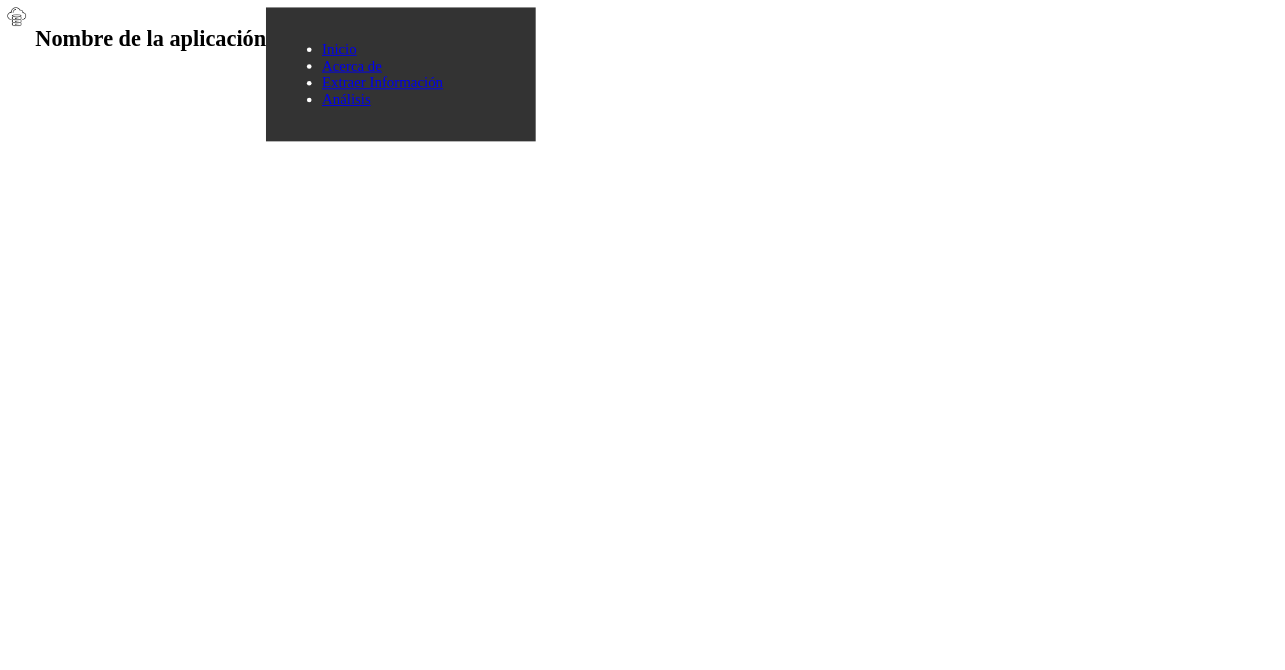
Repository: marcoBartolo55/data_analysis_app_-dev_project
Page: http://localhost/
These files come from the project's save history. The page is drawn as it stood at one moment and after a run of saves; the edit follows.
The browser window is 1280 px wide. The page is 1280 px wide, then 1382 px, then 1280 px, so the pictures cover 1382 px, including what lies to the right of the window. The pictures show the whole page, at 93% of full size.
The page is served by the project's application, run on Flask 3 (app/app.py). Other server files are loaded and not shown.

Above is the page before, as saved 2025-10-19 22:31:21.

### templates/index.html
<!DOCTYPE html>
<html lang="en">

<head>
    <meta charset="UTF-8">
    <meta name="viewport" content="width=device-width, initial-scale=1.0">
    <link rel="stylesheet" href="/static/styles/index.css">
    <title>Inicio</title>
</head>

<body>
    <div class="container">
        <div class="logo-div">
            <img class="logo-img" src="../static/images/logo.png" alt="Logo">
        </div>
        <div class="title-div">
            <h2>Nombre de la aplicación</h2>
        </div>

        <div class="side-bar">
            <nav>
                <ul>
                    <li><a href="index.html">Inicio</a></li>
                    <li><a href="about.html">Acerca de</a></li>
                    <li><a href="data.html">Extraer Información</a></li>
                    <li><a href="chart.html">Análisis</a></li>
                </ul>
            </nav>
        </div>
        <div class="content-area">

        </div>
    </div>
</body>
</html>

### app/app.py
from flask.templating import render_template
from flask import Flask
import os

BASE_DIR = os.path.abspath(os.path.dirname(__file__))

app = Flask(__name__,
            template_folder=os.path.join(BASE_DIR, '../templates'),
            static_folder=os.path.join(BASE_DIR, '../static')
           )
@app.route('/')
def index():
    return render_template('index.html')

if __name__ == '__main__':
    app.run(debug=True)

### static/styles/index.css
.container{
    display: flex;
}

.side-bar{
    /* Define un ancho fijo para la barra */
    width: 250px;

    /* Evita que la barra se encoja si el contenido es muy grande */
    flex-shrink: 0;

    background-color: #333;
    color: white;
    padding: 20px;
}

.main-content {
    /* ¡Esta es la clave! */
    /* Le dice al contenido que ocupe todo el espacio restante */
    flex-grow: 1;

    padding: 30px;

    /* Añade scroll solo a esta área si el contenido es muy largo */
    overflow-y: auto;
}

.logo-img{
    width: 20px;
    height: auto;
}

.title-div{
    margin-left: 10px;
}

After the next 2 saves:
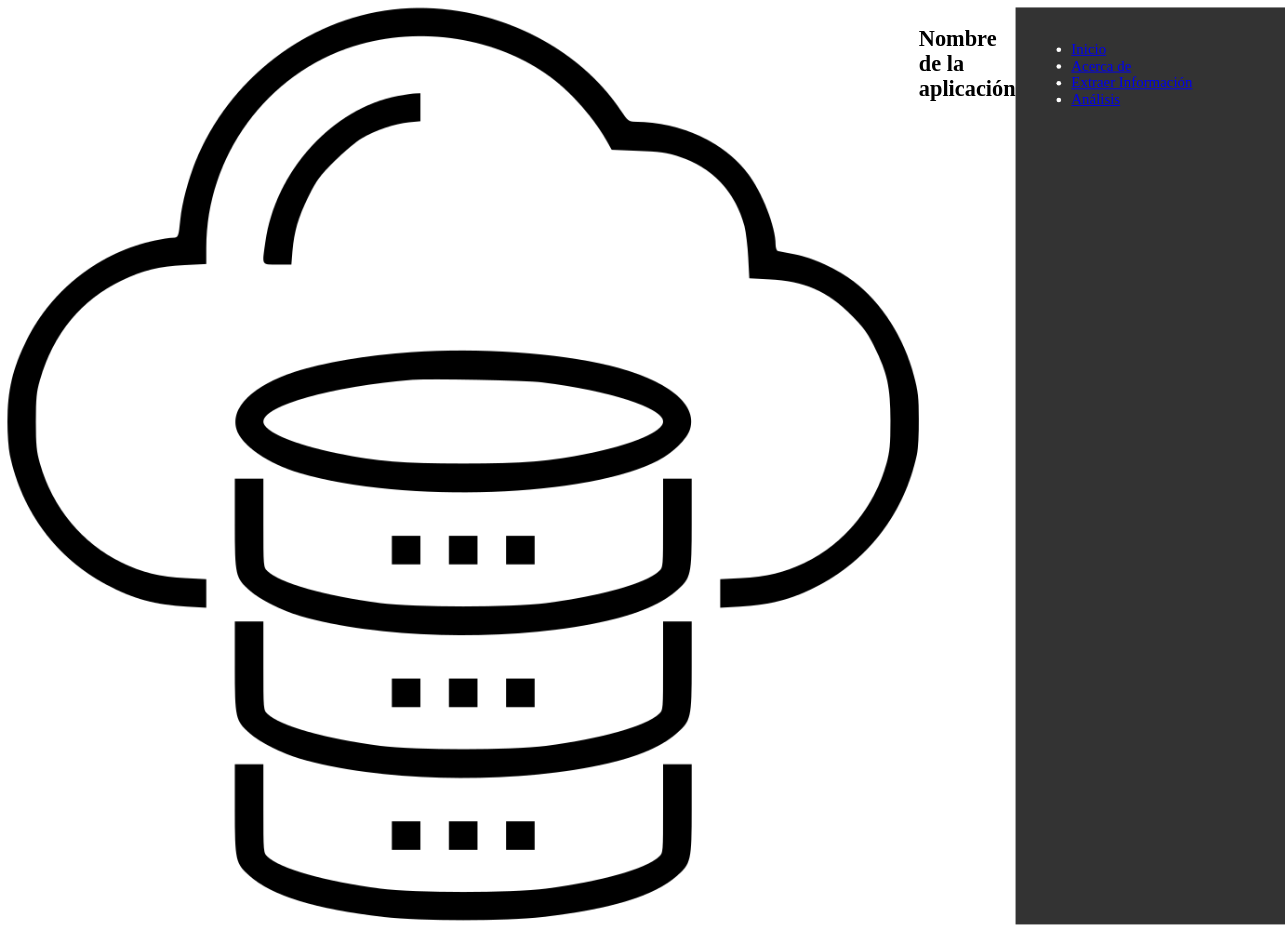
The 2 saves are shown as one change because they came seconds apart.
The last was saved 29 s later.
--- a/static/styles/index.css
+++ b/static/styles/index.css
@@ -14,7 +14,7 @@
     padding: 20px;
 }
 
-.main-content {
+.content-area{ {
     /* ¡Esta es la clave! */
     /* Le dice al contenido que ocupe todo el espacio restante */
     flex-grow: 1;

After the save that followed:
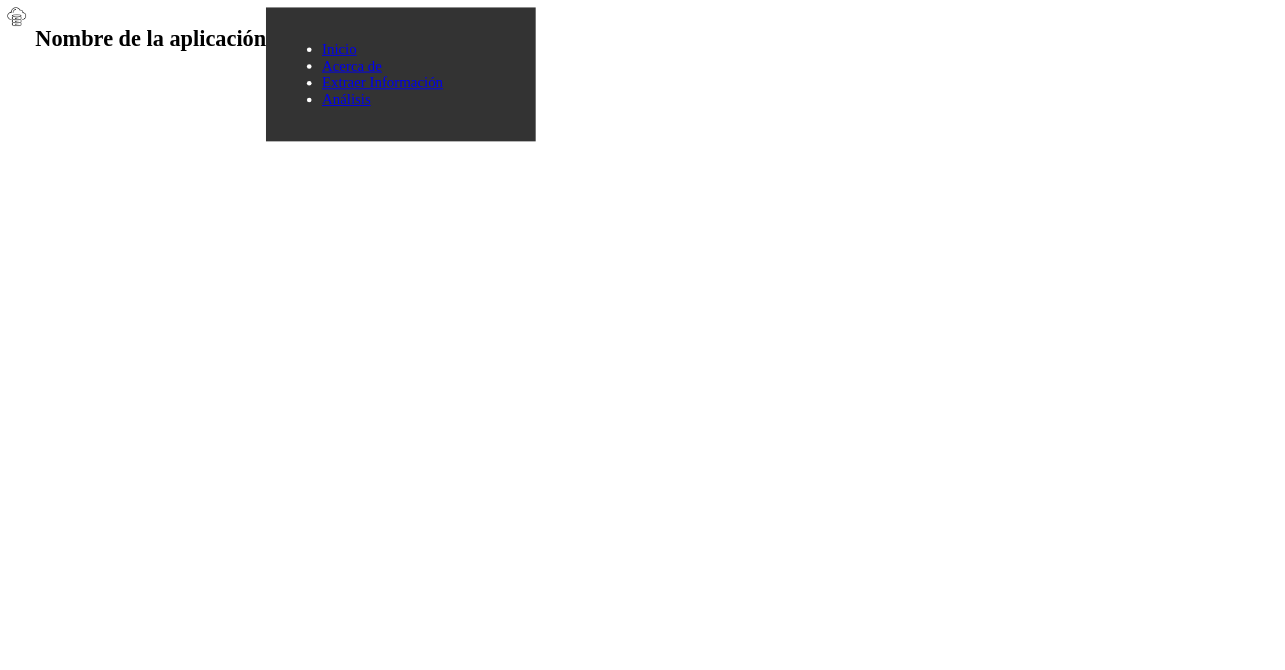
Saved 7 s later.
--- a/static/styles/index.css
+++ b/static/styles/index.css
@@ -14,7 +14,7 @@
     padding: 20px;
 }
 
-.content-area{ {
+.content-area{
     /* ¡Esta es la clave! */
     /* Le dice al contenido que ocupe todo el espacio restante */
     flex-grow: 1;
